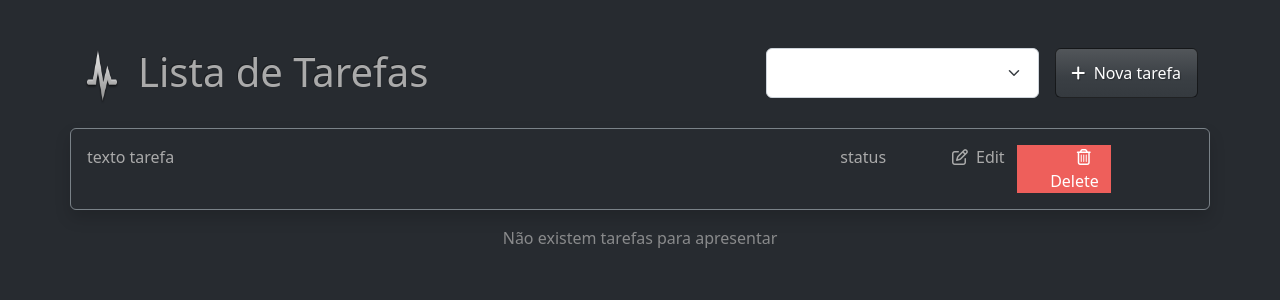
Repository: cargugati/lista_tarefas
Page: frontEnd/index.html
These files come from the project's save history. The page is drawn as it stood at one moment and after a run of saves; the edit follows.
The browser window is 1280 px wide. The pictures show the whole page.

Above is the page before, as saved 2023-03-18 21:10:20.

### frontEnd/index.html
<!DOCTYPE html>
<html lang="pt-br">

<head>
  <meta charset="UTF-8">
  <meta http-equiv="X-UA-Compatible" content="IE=edge">
  <meta name="viewport" content="width=device-width, initial-scale=1.0">
  <title>Lista de Tarefas</title>
  <link rel="stylesheet" href="./assets/css/bootstrap.min.css">
  <link rel="stylesheet" href="./assets/fontawesome/css/all.min.css">
  <link rel="shortcut icon" href="./assets/images/favicon.png" type="image/png">
</head>

<body>
  <div class="container my-5">

    <!-- cabeçalho -->
    <div class="row mb-4">
      <div class="col">
        <div class="d-flex justify-content-start">
          <img src="./assets/images/favicon.png" alt="Logo" class="img-fluid me-3" width="40px">
          <h1>Lista de Tarefas</h1>
        </div>

      </div>
      <div class="col text-end">
        <div class="d-flex justify-content-end">
          <select id="select_filter" class="form-select w-50 me-3">
            <option value=""></option>
            <option value="1">1</option>
          </select>
          <a href="new_task.html" class="btn btn-primary"><i class="fa-solid fa-plus me-2"></i>Nova tarefa</a>
        </div>
      </div>
    </div>

    <!-- aspecto visual de uma tarefa -->
    <div class="row mb-3">
      <div class="col-12 border border-secondary rounded p-3 shadow">
        <div class="row">
          <div class="col-8">texto tarefa</div>
          <div class="col-1">status</div>
          <div class="col-1 text-end"><i class="fa-regular fa-pen-to-square me-2"></i>Edit</div>
          <div class="col-1 text-end text-bg-danger"><i class="fa-regular fa-trash-can me-2"></i>Delete</div>
        </div>
      </div>
    </div>


    <!-- sem tarefa -->
    <div class="row " id="no_tasks">
      <div class="col text-center">
        <span class="opacity-75">Não existem tarefas para apresentar</span>
      </div>
    </div>
  </div>


  <script src="./assets/js/bootstrap.bundle.min.js"></script>
</body>

</html>

Loaded but not shown: frontEnd/assets/css/bootstrap.min.css (library); frontEnd/assets/fontawesome/css/all.min.css (library); frontEnd/assets/js/bootstrap.bundle.min.js (library)

After the next 3 saves:
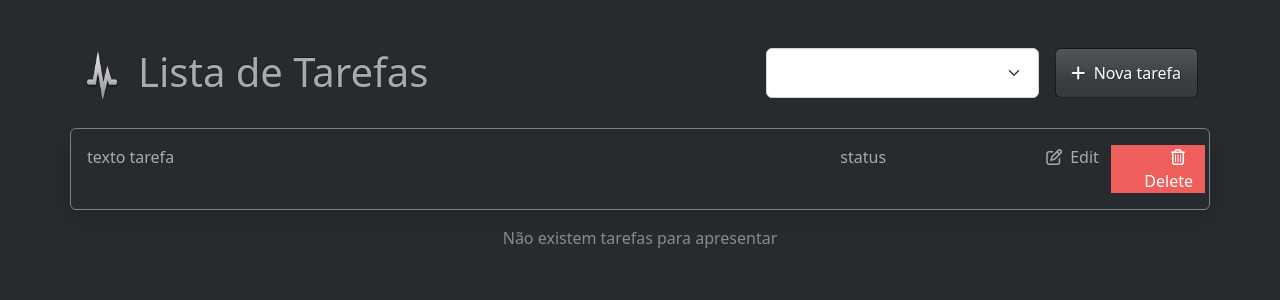
The 3 saves are shown as one change because they came seconds apart.
The last was saved 11 s later.
--- a/frontEnd/index.html
+++ b/frontEnd/index.html
@@ -39,7 +39,9 @@
       <div class="col-12 border border-secondary rounded p-3 shadow">
         <div class="row">
           <div class="col-8">texto tarefa</div>
-          <div class="col-1">status</div>
+          <div class="col-2">
+            status
+          </div>
           <div class="col-1 text-end"><i class="fa-regular fa-pen-to-square me-2"></i>Edit</div>
           <div class="col-1 text-end text-bg-danger"><i class="fa-regular fa-trash-can me-2"></i>Delete</div>
         </div>
